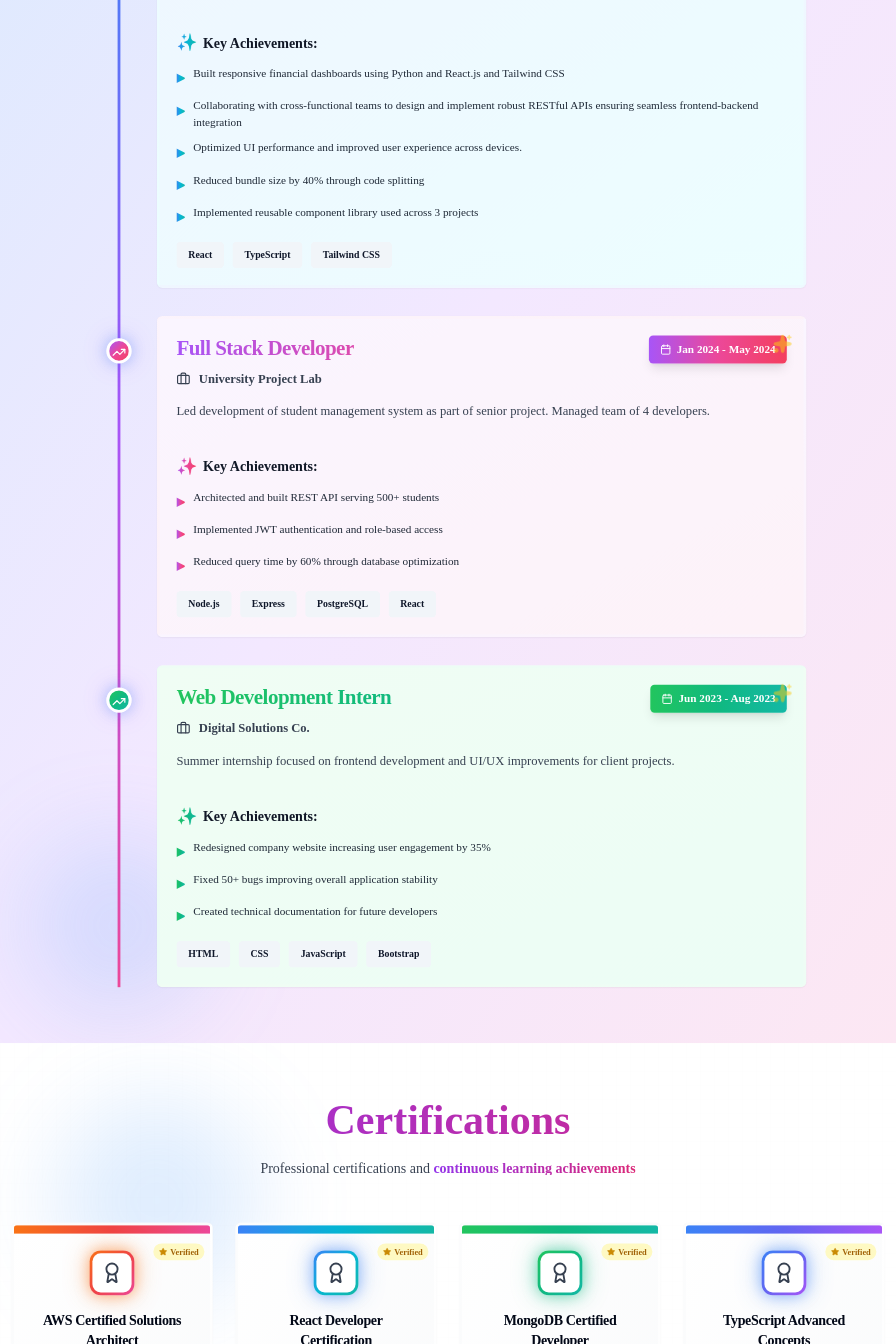
Repository: sm6746/PORTFOLIO
Page: /
These files come from the project's save history. The page is drawn as it stood at one moment and after the next save; the edit follows.
The browser window is 1280 px wide. The pictures show the part of the page from y = 4426 to 6346 px (the page is 8403 px tall before and 8311 px after), at 70% of full size.
The project was rebuilt for these pictures with package versions that can differ from the ones it lists, and the page was loaded fresh each time. Also part of the build but not shown: vite.config.ts.

Above is the page before, as saved 2025-11-07 07:49:05.

### index.html
<!DOCTYPE html>
<html lang="en">
  <head>
    <meta charset="UTF-8" />
    <link rel="icon" type="image/svg+xml" href="/favicon.svg" />
    <meta name="viewport" content="width=device-width, initial-scale=1.0" />
    <title>Portfolio</title>
  </head>
  <body>
    <div id="root"></div>
    <script type="module" src="/app/main.tsx"></script>
  </body>
</html>

### app/main.tsx
import React from 'react'
import ReactDOM from 'react-dom/client'
import App from './app'
import './globals.css'

ReactDOM.createRoot(document.getElementById('root')!).render(
  <React.StrictMode>
    <App />
  </React.StrictMode>,
)

### app/app.tsx
import { ThemeProvider } from '@/lib/theme-context';
import { Header } from '@/components/header';
import { HeroSection } from '@/components/hero-section';
import { AboutSection } from '@/components/about-section';
import { SkillsSection } from '@/components/skills-section';
import { ProjectsSection } from '@/components/projects-section';
import { ExperienceSection } from '@/components/experience-section';
import { CertificationsSection } from '@/components/certifications-section';
import { ContactSection } from '@/components/contact-section';
import { Footer } from '@/components/footer';
import { ScrollToTop } from '@/components/scroll-to-top';

function App() {
  return (
    <ThemeProvider>
      <div className="min-h-screen bg-white dark:bg-gray-900 transition-colors duration-300">
        <Header />
        <main>
          <HeroSection />
          <AboutSection />
          <SkillsSection />
          <ProjectsSection />
          <ExperienceSection />
          <CertificationsSection />
          <ContactSection />
        </main>
        <Footer />
        <ScrollToTop />
      </div>
    </ThemeProvider>
  );
}

export default App;

### lib/theme-context.tsx
import React, { createContext, useContext, useEffect, useState } from 'react';

type Theme = 'light' | 'dark';

type ThemeContextType = {
  theme: Theme;
  toggleTheme: () => void;
};

const ThemeContext = createContext<ThemeContextType | undefined>(undefined);

export function ThemeProvider({ children }: { children: React.ReactNode }) {
  const [theme, setTheme] = useState<Theme>(() => {
    const stored = localStorage.getItem('portfolio-theme');
    return (stored as Theme) || 'light';
  });

  useEffect(() => {
    localStorage.setItem('portfolio-theme', theme);
    document.documentElement.classList.toggle('dark', theme === 'dark');
  }, [theme]);

  const toggleTheme = () => {
    setTheme(prev => (prev === 'light' ? 'dark' : 'light'));
  };

  return (
    <ThemeContext.Provider value={{ theme, toggleTheme }}>
      {children}
    </ThemeContext.Provider>
  );
}

export function useTheme() {
  const context = useContext(ThemeContext);
  if (!context) {
    throw new Error('useTheme must be used within ThemeProvider');
  }
  return context;
}

### components/experience-section.tsx
import { Card, CardContent, CardHeader, CardTitle } from '@/components/ui/card';
import { Badge } from '@/components/ui/badge';
import { Briefcase, Calendar, Sparkles, TrendingUp } from 'lucide-react';
import { useScrollAnimation } from '@/hooks/use-scroll-animation';

export function ExperienceSection() {
  const { ref, isVisible } = useScrollAnimation();

  const experiences = [
    {
      title: 'frontend Developer ',
      company: 'Bluestock Fintech',
      period: 'May 2025 – July 2025',
      description: 'Developing responsive web applications using React and TypeScript. Collaborating with design team to implement pixel-perfect UIs.',
      achievements: [
        ' Built responsive financial dashboards using Python and React.js and Tailwind CSS',
        'Collaborating with cross-functional teams to design and implement robust RESTful APIs ensuring seamless frontend-backend integration',
        'Optimized UI performance and improved user experience across devices.',
        'Reduced bundle size by 40% through code splitting',
        'Implemented reusable component library used across 3 projects',
      ],
      tags: ['React', 'TypeScript', 'Tailwind CSS'],
      gradient: 'from-blue-500 via-cyan-500 to-teal-500',
      bgGradient: 'from-blue-50 to-cyan-50 dark:from-blue-950/50 dark:to-cyan-950/50',
    },
    {
      title: 'Full Stack Developer',
      company: 'University Project Lab',
      period: 'Jan 2024 - May 2024',
      description: 'Led development of student management system as part of senior project. Managed team of 4 developers.',
      achievements: [
        'Architected and built REST API serving 500+ students',
        'Implemented JWT authentication and role-based access',
        'Reduced query time by 60% through database optimization',
      ],
      tags: ['Node.js', 'Express', 'PostgreSQL', 'React'],
      gradient: 'from-purple-500 via-pink-500 to-rose-500',
      bgGradient: 'from-purple-50 to-pink-50 dark:from-purple-950/50 dark:to-pink-950/50',
    },
    {
      title: 'Web Development Intern',
      company: 'Digital Solutions Co.',
      period: 'Jun 2023 - Aug 2023',
      description: 'Summer internship focused on frontend development and UI/UX improvements for client projects.',
      achievements: [
        'Redesigned company website increasing user engagement by 35%',
        'Fixed 50+ bugs improving overall application stability',
        'Created technical documentation for future developers',
      ],
      tags: ['HTML', 'CSS', 'JavaScript', 'Bootstrap'],
      gradient: 'from-green-500 via-emerald-500 to-teal-500',
      bgGradient: 'from-green-50 to-emerald-50 dark:from-green-950/50 dark:to-emerald-950/50',
    },
  ];

  return (
    <section
      id="experience"
      ref={ref as React.RefObject<HTMLElement>}
      className="py-20 bg-gradient-to-br from-blue-100 via-purple-100 to-pink-100 dark:from-gray-800 dark:via-purple-900/10 dark:to-blue-900/10 relative overflow-hidden"
    >
      <div className="absolute top-10 right-10 w-64 h-64 bg-purple-400/20 rounded-full blur-3xl"></div>
      <div className="absolute bottom-10 left-10 w-64 h-64 bg-blue-400/20 rounded-full blur-3xl"></div>

      <div className="container mx-auto px-4 relative z-10">
        <div
          className={`transition-all duration-1000 ${
            isVisible ? 'opacity-100 translate-y-0' : 'opacity-0 translate-y-10'
          }`}
        >
          <h2 className="text-5xl md:text-6xl font-extrabold text-center mb-6 bg-gradient-to-r from-blue-600 via-purple-600 to-pink-600 dark:from-blue-400 dark:via-purple-400 dark:to-pink-400 bg-clip-text text-transparent animate-gradient">
            Experience
          </h2>
          <p className="text-center text-gray-700 dark:text-gray-300 mb-16 text-xl font-medium">
            My professional journey and <span className="text-transparent bg-clip-text bg-gradient-to-r from-purple-600 to-pink-600 font-bold">key achievements</span>
          </p>

          <div className="max-w-5xl mx-auto relative">
            <div className="absolute left-10 top-0 bottom-0 w-1 bg-gradient-to-b from-blue-500 via-purple-500 to-pink-500 hidden md:block shadow-lg"></div>

            <div className="space-y-10">
              {experiences.map((exp, index) => (
                <div
                  key={index}
                  className={`relative transition-all duration-1000 ${
                    isVisible ? 'opacity-100 translate-x-0' : 'opacity-0 -translate-x-10'
                  }`}
                  style={{ transitionDelay: `${index * 250}ms` }}
                >
                  <div className={`hidden md:block absolute left-6 top-8 w-9 h-9 rounded-full bg-gradient-to-br ${exp.gradient} border-4 border-white dark:border-gray-800 shadow-xl animate-pulse-glow z-10`}>
                    <TrendingUp className="h-5 w-5 text-white m-auto mt-1.5" />
                  </div>

                  <Card className={`md:ml-24 hover:shadow-2xl transition-all duration-500 transform hover:-translate-y-3 hover:scale-105 border-4 border-transparent hover:border-current bg-gradient-to-br ${exp.bgGradient} overflow-hidden`}>
                    <div className={`absolute inset-0 bg-gradient-to-br ${exp.gradient} opacity-0 group-hover:opacity-10 transition-opacity duration-500`}></div>
                    <CardHeader className="relative">
                      <div className="flex flex-wrap items-start justify-between gap-4 mb-3">
                        <div className="flex-1">
                          <CardTitle className={`text-3xl font-black mb-3 bg-gradient-to-r ${exp.gradient} bg-clip-text text-transparent`}>
                            {exp.title}
                          </CardTitle>
                          <div className="flex items-center gap-3 text-gray-700 dark:text-gray-300">
                            <Briefcase className="h-5 w-5" />
                            <span className="font-bold text-lg">{exp.company}</span>
                          </div>
                        </div>
                        <Badge variant="outline" className={`flex items-center gap-2 px-4 py-2 border-3 bg-gradient-to-r ${exp.gradient} text-white font-bold text-base shadow-lg`}>
                          <Calendar className="h-4 w-4" />
                          {exp.period}
                        </Badge>
                      </div>
                      <p className="text-gray-700 dark:text-gray-300 text-lg leading-relaxed">{exp.description}</p>
                      <Sparkles className="absolute top-4 right-4 h-7 w-7 text-yellow-400 fill-yellow-400 animate-pulse" />
                    </CardHeader>
                    <CardContent className="p-6 relative">
                      <h4 className="font-black mb-4 text-gray-900 dark:text-gray-100 text-xl flex items-center gap-2">
                        <span className={`text-2xl bg-gradient-to-r ${exp.gradient} bg-clip-text text-transparent`}>✨</span>
                        Key Achievements:
                      </h4>
                      <ul className="space-y-3 mb-5">
                        {exp.achievements.map((achievement, idx) => (
                          <li key={idx} className="flex items-start gap-3 text-gray-800 dark:text-gray-200 text-base">
                            <span className={`text-2xl font-bold bg-gradient-to-r ${exp.gradient} bg-clip-text text-transparent mt-0.5`}>▸</span>
                            <span>{achievement}</span>
                          </li>
                        ))}
                      </ul>
                      <div className="flex flex-wrap gap-3">
                        {exp.tags.map((tag, tagIndex) => (
                          <Badge key={tagIndex} variant="secondary" className="text-sm font-bold px-4 py-2 hover:scale-110 transition-transform">
                            {tag}
                          </Badge>
                        ))}
                      </div>
                    </CardContent>
                  </Card>
                </div>
              ))}
            </div>
          </div>
        </div>
      </div>
    </section>
  );
}

### components/footer.tsx
import { Github, Linkedin, Mail } from 'lucide-react';
import { Button } from '@/components/ui/button';

export function Footer() {
  return (
    <footer className="py-12 bg-gray-900 text-white">
      <div className="container mx-auto px-4">
        <div className="flex flex-col items-center gap-6">
          <div className="text-3xl font-bold bg-gradient-to-r from-blue-400 to-purple-400 bg-clip-text text-transparent">
            SHIVANI MEHRA
          </div>
          <p className="text-gray-400 text-center max-w-md">
            Building the future, one line of code at a time. Let's create something amazing together.
          </p>
          <div className="flex gap-4">
            <Button
              variant="ghost"
              size="icon"
              className="rounded-full hover:bg-blue-600/20 text-gray-300 hover:text-white transition-all"
            >
              <a
              href="https://github.com/sm6746"
              target="_blank"
              rel="noopener noreferrer"
            >
              <Github className="h-5 w-5" />
              </a>
            </Button>
            <Button
              variant="ghost"
              size="icon"
              className="rounded-full hover:bg-blue-600/20 text-gray-300 hover:text-white transition-all"
            >
              <a
              href="https://www.linkedin.com/in/shivani-mehra-/"
              target="_blank"
              rel="noopener noreferrer"
            >
              <Linkedin className="h-7 w-7" />
              </a>
            </Button>
            <Button
              variant="ghost"
              size="icon"
              className="rounded-full hover:bg-blue-600/20 text-gray-300 hover:text-white transition-all"
            >
              <a
              href="https://mail.google.com/mail/?view=cm&fs=1&to=shivanimehra22may@gmail.com"
              target="_blank"
              rel="noopener noreferrer"
            >
               <Mail className="h-5 w-5" />
              </a>

            </Button>
          </div>
          <div className="border-t border-gray-800 pt-6 w-full text-center">
            <p className="text-gray-500 text-sm">

            </p>
          </div>
        </div>
      </div>
    </footer>
  );
}

### components/scroll-to-top.tsx
import { Button } from '@/components/ui/button';
import { ArrowUp } from 'lucide-react';
import { useEffect, useState } from 'react';

export function ScrollToTop() {
  const [isVisible, setIsVisible] = useState(false);

  useEffect(() => {
    const toggleVisibility = () => {
      setIsVisible(window.scrollY > 500);
    };

    window.addEventListener('scroll', toggleVisibility);
    return () => window.removeEventListener('scroll', toggleVisibility);
  }, []);

  const scrollToTop = () => {
    window.scrollTo({ top: 0, behavior: 'smooth' });
  };

  if (!isVisible) return null;

  return (
    <Button
      onClick={scrollToTop}
      size="icon"
      className="fixed bottom-8 right-8 z-50 rounded-full shadow-lg bg-gradient-to-r from-blue-600 to-purple-600 hover:from-blue-700 hover:to-purple-700 animate-bounce"
    >
      <ArrowUp className="h-5 w-5" />
    </Button>
  );
}

### components/ui/button.tsx
import * as React from "react"
import { Slot } from "@radix-ui/react-slot"
import { cva, type VariantProps } from "class-variance-authority"

import { cn } from "@/lib/utlis"

const buttonVariants = cva(
  "inline-flex items-center justify-center gap-2 whitespace-nowrap rounded-md text-sm font-medium transition-colors focus-visible:outline-none focus-visible:ring-1 focus-visible:ring-ring disabled:pointer-events-none disabled:opacity-50 [&_svg]:pointer-events-none [&_svg]:size-4 [&_svg]:shrink-0",
  {
    variants: {
      variant: {
        default:
          "bg-primary text-primary-foreground shadow hover:bg-primary/90",
        destructive:
          "bg-destructive text-destructive-foreground shadow-sm hover:bg-destructive/90",
        outline:
          "border border-input bg-background shadow-sm hover:bg-accent hover:text-accent-foreground",
        secondary:
          "bg-secondary text-secondary-foreground shadow-sm hover:bg-secondary/80",
        ghost: "hover:bg-accent hover:text-accent-foreground",
        link: "text-primary underline-offset-4 hover:underline",
      },
      size: {
        default: "h-9 px-4 py-2",
        sm: "h-8 rounded-md px-3 text-xs",
        lg: "h-10 rounded-md px-8",
        icon: "h-9 w-9",
      },
    },
    defaultVariants: {
      variant: "default",
      size: "default",
    },
  }
)

export interface ButtonProps
  extends React.ButtonHTMLAttributes<HTMLButtonElement>,
    VariantProps<typeof buttonVariants> {
  asChild?: boolean
}

const Button = React.forwardRef<HTMLButtonElement, ButtonProps>(
  ({ className, variant, size, asChild = false, ...props }, ref) => {
    const Comp = asChild ? Slot : "button"
    return (
      <Comp
        className={cn(buttonVariants({ variant, size, className }))}
        ref={ref}
        {...props}
      />
    )
  }
)
Button.displayName = "Button"

export { Button, buttonVariants }

### hooks/use-scroll-animation.ts
import { useEffect, useRef, useState } from 'react';

export function useScrollAnimation() {
  const ref = useRef<HTMLElement>(null);
  const [isVisible, setIsVisible] = useState(false);

  useEffect(() => {
    const observer = new IntersectionObserver(
      ([entry]) => {
        if (entry.isIntersecting) {
          setIsVisible(true);
        }
      },
      { threshold: 0.1 }
    );

    if (ref.current) {
      observer.observe(ref.current);
    }

    return () => {
      if (ref.current) {
        observer.unobserve(ref.current);
      }
    };
  }, []);

  return { ref, isVisible };
}

### components/ui/card.tsx
import * as React from "react"

import { cn } from "@/lib/utlis"

const Card = React.forwardRef<
  HTMLDivElement,
  React.HTMLAttributes<HTMLDivElement>
>(({ className, ...props }, ref) => (
  <div
    ref={ref}
    className={cn(
      "rounded-lg border bg-card text-card-foreground shadow-sm",
      className,
    )}
    {...props}
  />
))
Card.displayName = "Card"

const CardHeader = React.forwardRef<
  HTMLDivElement,
  React.HTMLAttributes<HTMLDivElement>
>(({ className, ...props }, ref) => (
  <div
    ref={ref}
    className={cn("flex flex-col space-y-1.5 p-6", className)}
    {...props}
  />
))
CardHeader.displayName = "CardHeader"

const CardTitle = React.forwardRef<
  HTMLParagraphElement,
  React.HTMLAttributes<HTMLHeadingElement>
>(({ className, ...props }, ref) => (
  <h3
    ref={ref}
    className={cn(
      "text-2xl font-semibold leading-none tracking-tight",
      className,
    )}
    {...props}
  />
))
CardTitle.displayName = "CardTitle"

const CardDescription = React.forwardRef<
  HTMLParagraphElement,
  React.HTMLAttributes<HTMLParagraphElement>
>(({ className, ...props }, ref) => (
  <p
    ref={ref}
    className={cn("text-sm text-muted-foreground", className)}
    {...props}
  />
))
CardDescription.displayName = "CardDescription"

const CardContent = React.forwardRef<
  HTMLDivElement,
  React.HTMLAttributes<HTMLDivElement>
>(({ className, ...props }, ref) => (
  <div ref={ref} className={cn("p-6 pt-0", className)} {...props} />
))
CardContent.displayName = "CardContent"

const CardFooter = React.forwardRef<
  HTMLDivElement,
  React.HTMLAttributes<HTMLDivElement>
>(({ className, ...props }, ref) => (
  <div
    ref={ref}
    className={cn("flex items-center p-6 pt-0", className)}
    {...props}
  />
))
CardFooter.displayName = "CardFooter"

export { Card, CardHeader, CardFooter, CardTitle, CardDescription, CardContent }

### components/ui/badge.tsx
import * as React from "react"
import { cva, type VariantProps } from "class-variance-authority"

import { cn } from "@/lib/utlis"

const badgeVariants = cva(
  "inline-flex items-center rounded-md border px-2.5 py-0.5 text-xs font-semibold transition-colors focus:outline-none focus:ring-2 focus:ring-ring focus:ring-offset-2",
  {
    variants: {
      variant: {
        default:
          "border-transparent bg-primary text-primary-foreground shadow hover:bg-primary/80",
        secondary:
          "border-transparent bg-secondary text-secondary-foreground hover:bg-secondary/80",
        destructive:
          "border-transparent bg-destructive text-destructive-foreground shadow hover:bg-destructive/80",
        outline: "text-foreground",
      },
    },
    defaultVariants: {
      variant: "default",
    },
  }
)

export interface BadgeProps
  extends React.HTMLAttributes<HTMLDivElement>,
    VariantProps<typeof badgeVariants> {}

function Badge({ className, variant, ...props }: BadgeProps) {
  return (
    <div className={cn(badgeVariants({ variant }), className)} {...props} />
  )
}

export { Badge, badgeVariants }

### components/ui/input.tsx
import * as React from "react"

import { cn } from "@/lib/utlis"

const Input = React.forwardRef<HTMLInputElement, React.ComponentProps<"input">>(
  ({ className, type, ...props }, ref) => {
    return (
      <input
        type={type}
        className={cn(
          "flex h-9 w-full rounded-md border border-input bg-transparent px-3 py-1 text-base shadow-sm transition-colors file:border-0 file:bg-transparent file:text-sm file:font-medium file:text-foreground placeholder:text-muted-foreground focus-visible:outline-none focus-visible:ring-1 focus-visible:ring-ring disabled:cursor-not-allowed disabled:opacity-50 md:text-sm",
          className
        )}
        ref={ref}
        {...props}
      />
    )
  }
)
Input.displayName = "Input"

export { Input }

### components/ui/textarea.tsx
import * as React from "react"

import { cn } from "@/lib/utlis"

const Textarea = React.forwardRef<
  HTMLTextAreaElement,
  React.ComponentProps<"textarea">
>(({ className, ...props }, ref) => {
  return (
    <textarea
      className={cn(
        "flex min-h-[60px] w-full rounded-md border border-input bg-transparent px-3 py-2 text-base shadow-sm placeholder:text-muted-foreground focus-visible:outline-none focus-visible:ring-1 focus-visible:ring-ring disabled:cursor-not-allowed disabled:opacity-50 md:text-sm",
        className
      )}
      ref={ref}
      {...props}
    />
  )
})
Textarea.displayName = "Textarea"

export { Textarea }

Loaded but not shown: lib/utlis.tsx (common file); tailwind.config.js (62 lines, source omitted); components/projects-section.tsx (180 lines, source omitted); components/contact-section.tsx (144 lines, source omitted); components/certifications-section.tsx (150 lines, source omitted); components/hero-section.tsx (124 lines, source omitted); components/about-section.tsx (79 lines, source omitted); components/skills-section.tsx (112 lines, source omitted); components/header.tsx (82 lines, source omitted); app/globals.css (115 lines, source omitted)

After the next save:
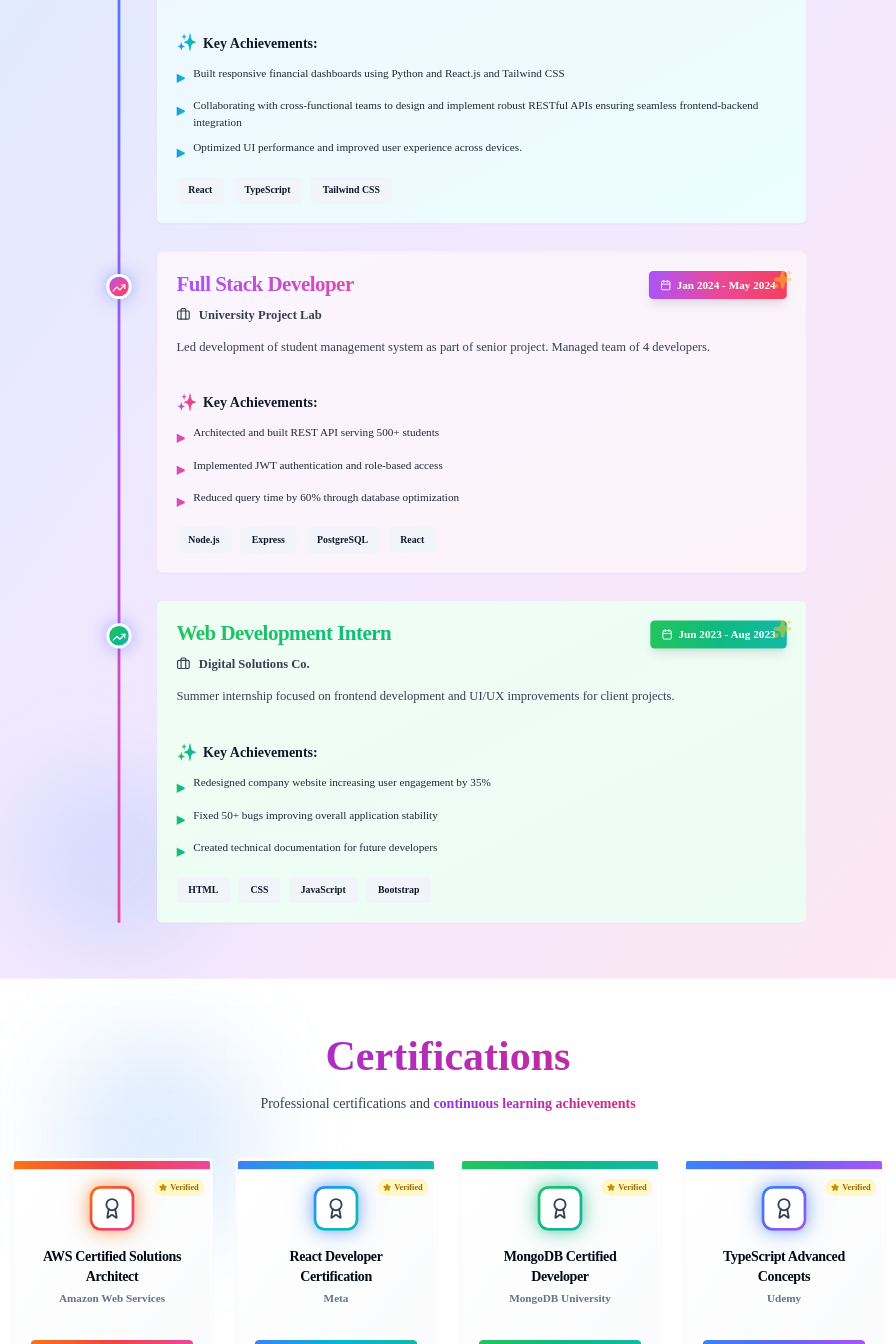
Saved 26 s later.
--- a/components/experience-section.tsx
+++ b/components/experience-section.tsx
@@ -16,8 +16,7 @@ export function ExperienceSection() {
         ' Built responsive financial dashboards using Python and React.js and Tailwind CSS',
         'Collaborating with cross-functional teams to design and implement robust RESTful APIs ensuring seamless frontend-backend integration',
         'Optimized UI performance and improved user experience across devices.',
-        'Reduced bundle size by 40% through code splitting',
-        'Implemented reusable component library used across 3 projects',
+
       ],
       tags: ['React', 'TypeScript', 'Tailwind CSS'],
       gradient: 'from-blue-500 via-cyan-500 to-teal-500',
